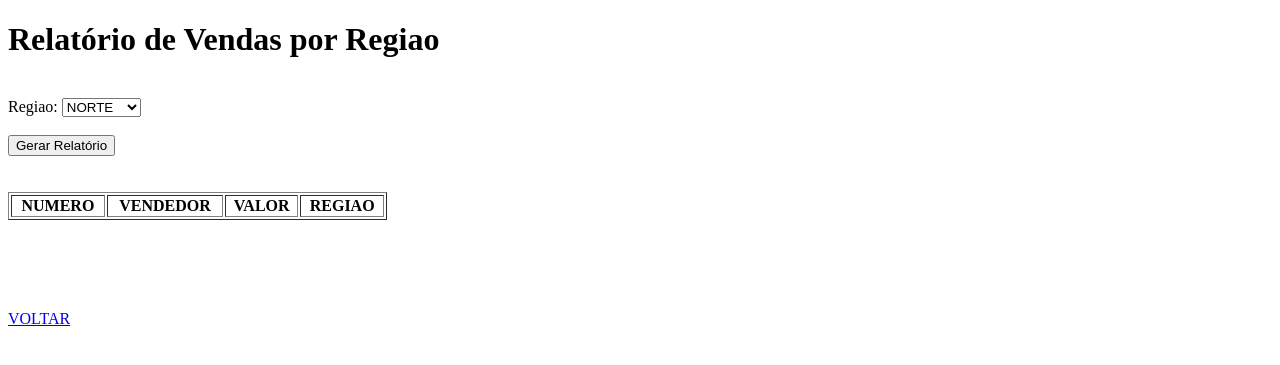
Repository: gabriellacrystina/workspaceWeb
Page: http://localhost/PrjVendas/RelatorioVendasRegiao.jsp
These files come from the project's save history. The page is drawn as it stood at one moment and after the next save; the edit follows.
The browser window is 1280 px wide. The pictures show the whole page.
The page is served by Tomcat 9. Other server files are loaded and not shown.

Above is the page before, as saved 2015-09-23 19:26:24.

### PrjVendas/WebContent/RelatorioVendasRegiao.jsp
<%@ page language="java" contentType="text/html; charset=ISO-8859-1"
    pageEncoding="ISO-8859-1"%>
<%@ page import="Modelo.Venda" %>
<%@ page import="Modelo.Regiao" %>
<%@ page import="java.util.ArrayList" %>
<!DOCTYPE html PUBLIC "-//W3C//DTD HTML 4.01 Transitional//EN" "http://www.w3.org/TR/html4/loose.dtd">
<html>
	<head>
	<meta http-equiv="Content-Type" content="text/html; charset=ISO-8859-1">
	<title>Relatorio por Regiao</title>
	</head>
	<body>
		<form action="RelatorioVendasRegiao" method="post">
		<h1>Relatório de Vendas por Regiao</h1><br>

		Regiao:
		<select name="regiao">
			<%
				for(Regiao regiao: Regiao.values()){
				%>
					<option value = "<%=regiao.name()%>"><%=regiao.name()%></option>
				<%
				}
			%>
		</select><br><br>
		<input type="submit" name="btnSubmit" value="Gerar Relatório"><br><br><br>
		</form>
		<!--Fim o formulario-->
		<%
			ArrayList<Venda> relatorio = (ArrayList<Venda>) session.getAttribute("relatorio");
			int qtde = 0;
			double total = 0;
		%>

		<table border="1" style="width:30%">
			<thead>
				<tr>
					<th>NUMERO</th>
					<th>VENDEDOR</th>
					<th>VALOR</th>
					<th>REGIAO</th>
				</tr>
			</thead>
			<%
				if(relatorio != null){
					for(Venda vendas : relatorio){
					%>
						<tr>
							<td><center><%= vendas.getNumeroVenda() %></center></td>
							<td><center><%= vendas.getVendedor().getNome() %></center></td>
							<td><center><%= vendas.getValorVenda() %></center></td>
							<td><center><%= vendas.getRegiao() %></center></td>
							<% qtde++;
							   total += vendas.getValorVenda();
							%>
						</tr>
					<%
					}
				}
			%>
		</table><br>
		<div style="color:#FFFFFF">
			QUANTIDADE DE VENDAS:<%=qtde%><br>
			TOTAL: <%=total%>
		</div><br><br>
		<a href="Menu.jsp">VOLTAR</a><br>
	</body>
</html>

### PrjVendas/src/Modelo/Regiao.java
package Modelo;

public enum Regiao {
	NORTE, SUL, LESTE, OESTE, CENTRO;
}

After the next save:
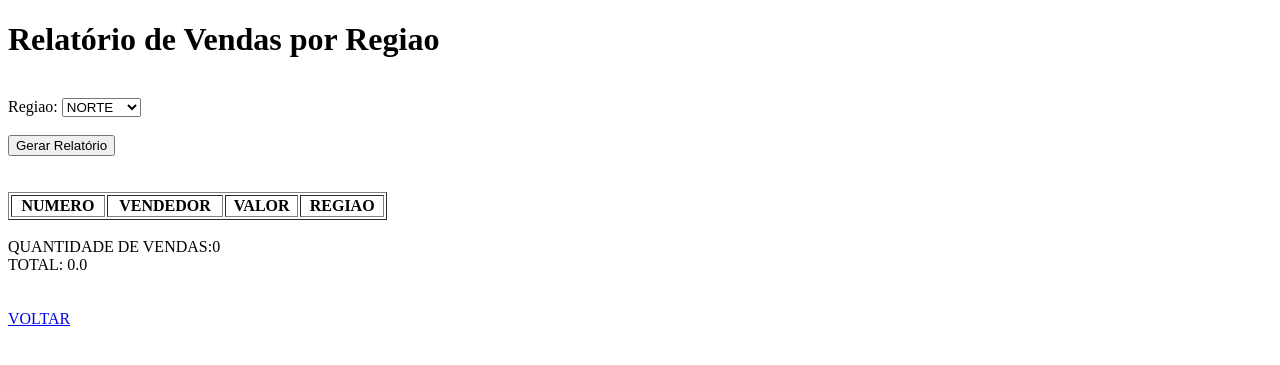
Saved 14 s later.
--- a/PrjVendas/WebContent/RelatorioVendasRegiao.jsp
+++ b/PrjVendas/WebContent/RelatorioVendasRegiao.jsp
@@ -59,7 +59,7 @@
 				}
 			%>
 		</table><br>
-		<div style="color:#FFFFFF">
+		<div>
 			QUANTIDADE DE VENDAS:<%=qtde%><br>
 			TOTAL: <%=total%>
 		</div><br><br>
